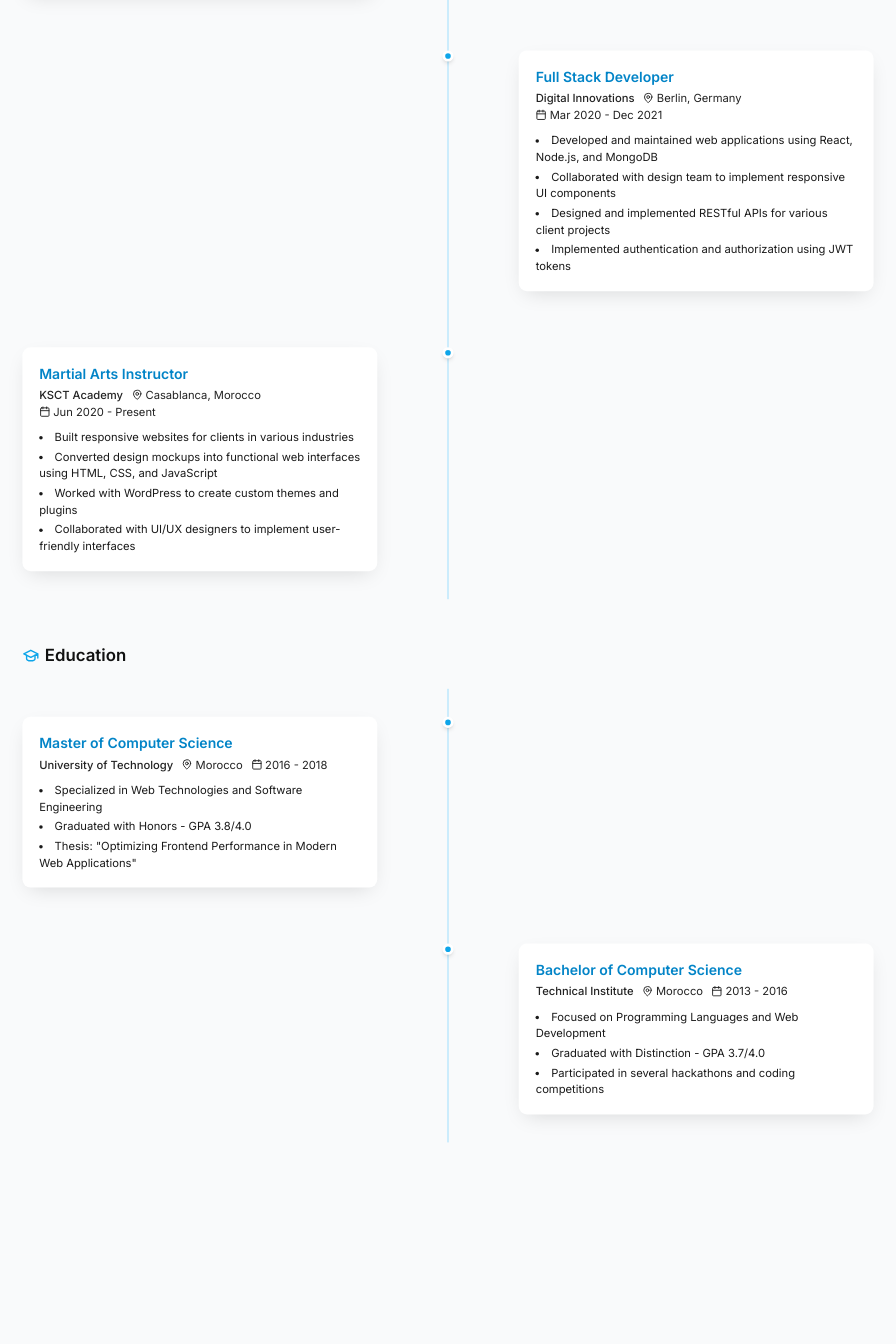
Repository: Abdelilah-Lakrim/Personal_Portfolio
Page: /
These files come from the project's save history. The page is drawn as it stood at one moment and after a run of saves; the edit follows.
The browser window is 1280 px wide. The pictures show the part of the page from y = 4580 to 6500 px (the page is 7905 px tall before and 7929 px after), at 70% of full size.
The project was rebuilt for these pictures with package versions that can differ from the ones it lists, and the page was loaded fresh each time. Also part of the build but not shown: vite.config.ts.

Above is the page before, as saved 2025-05-21 12:43:26.

### index.html
<!doctype html>
<html lang="en">
  <head>
    <meta charset="UTF-8" />
    <link rel="icon" type="image/svg+xml" href="/favicon.svg" />
    <meta name="viewport" content="width=device-width, initial-scale=1.0" />
    <meta name="description" content="Abdelilah Lakrim - Full Stack Developer Portfolio">
    <title>Abdelilah Lakrim | Full Stack Developer</title>
  </head>
  <body>
    <div id="root"></div>
    <script type="module" src="/src/main.tsx"></script>
  </body>
</html>

### src/App.tsx
import React, { useEffect, useState } from 'react';
import Header from './components/Header';
import Hero from './components/Hero';
import About from './components/About';
import Projects from './components/Projects';
import Experience from './components/Experience';
import Skills from './components/Skills';
import Contact from './components/Contact';
import Footer from './components/Footer';
import Cursor from './components/Cursor';
import ScrollToTop from './components/ScrollToTop';

// Import smooth scrolling
import Lenis from '@studio-freight/lenis';

function App() {
  const [mounted, setMounted] = useState(false);

  useEffect(() => {
    // Initialize smooth scrolling
    const lenis = new Lenis({
      duration: 1.2,
      easing: (t) => Math.min(1, 1.001 - Math.pow(2, -10 * t)),
      orientation: 'vertical',
      gestureOrientation: 'vertical',
      smoothWheel: true,
      smoothTouch: false,
      touchMultiplier: 2,
    });

    function raf(time: number) {
      lenis.raf(time);
      requestAnimationFrame(raf);
    }

    requestAnimationFrame(raf);

    // Add intersection observer for animation on scroll
    const observer = new IntersectionObserver(
      (entries) => {
        entries.forEach((entry) => {
          if (entry.isIntersecting) {
            entry.target.classList.add('animate-visible');
          }
        });
      },
      { threshold: 0.1 }
    );

    const hiddenElements = document.querySelectorAll('.animate-hidden');
    hiddenElements.forEach((el) => observer.observe(el));

    setMounted(true);

    return () => {
      // Cleanup
      hiddenElements.forEach((el) => observer.unobserve(el));
    };
  }, []);

  return (
    <div className="hidden-cursor min-h-screen bg-gray-50">
      {mounted && <Cursor />}
      <Header />
      <main>
        <Hero />
        <About />
        <Skills />
        <Projects />
        <Experience />
        <Contact />
      </main>
      <Footer />
      <ScrollToTop />
    </div>
  );
}

export default App;

### src/index.css
@import url('https://fonts.googleapis.com/css2?family=Inter:wght@300;400;500;600;700&family=Poppins:wght@500;600;700&display=swap');

@tailwind base;
@tailwind components;
@tailwind utilities;

:root {
  --cursor-color: rgba(14, 165, 233, 0.7);
}

* {
  margin: 0;
  padding: 0;
  box-sizing: border-box;
  scroll-behavior: smooth;
}

body {
  @apply bg-gray-50 text-dark-800 font-sans overflow-x-hidden;
}

/* Custom cursor styles */
.custom-cursor {
  position: fixed;
  width: 20px;
  height: 20px;
  border-radius: 50%;
  background-color: var(--cursor-color);
  transform: translate(-50%, -50%);
  pointer-events: none;
  z-index: 9999;
  mix-blend-mode: difference;
  transition: transform 0.2s ease-out, opacity 0.2s ease-out, width 0.2s ease-out, height 0.2s ease-out;
}

.custom-cursor.hover {
  width: 50px;
  height: 50px;
  opacity: 0.5;
}

.hidden-cursor {
  cursor: none;
}

/* Custom scrollbar */
::-webkit-scrollbar {
  width: 8px;
}

::-webkit-scrollbar-track {
  @apply bg-gray-100;
}

::-webkit-scrollbar-thumb {
  @apply bg-primary-500 rounded-full;
}

::-webkit-scrollbar-thumb:hover {
  @apply bg-primary-600;
}

/* Section styles */
.section-container {
  @apply max-w-7xl mx-auto px-4 sm:px-6 lg:px-8 py-20;
}

.section-title {
  @apply text-3xl md:text-4xl lg:text-5xl font-bold font-heading mb-8 text-dark-800 relative;
}

.section-title::after {
  content: '';
  @apply absolute bottom-0 left-0 w-24 h-1 bg-primary-500 mt-2 rounded-full;
}

/* Button styles */
.btn-primary {
  @apply px-6 py-3 bg-primary-500 text-white font-medium rounded-md shadow-md hover:bg-primary-600 transition-all duration-300 transform hover:-translate-y-1 focus:outline-none focus:ring-2 focus:ring-primary-400 focus:ring-opacity-50;
}

.btn-secondary {
  @apply px-6 py-3 bg-transparent border-2 border-primary-500 text-primary-500 font-medium rounded-md shadow-md hover:bg-primary-50 transition-all duration-300 transform hover:-translate-y-1 focus:outline-none focus:ring-2 focus:ring-primary-400 focus:ring-opacity-50;
}

/* 3D card effect */
.tilt-card {
  @apply relative overflow-hidden rounded-xl shadow-smooth bg-white p-6 transition-all duration-300 hover:shadow-neon;
  transform-style: preserve-3d;
  transform: perspective(1000px);
}

.skill-bar {
  @apply h-2 rounded-full bg-gray-200 overflow-hidden mt-2;
}

.skill-progress {
  @apply h-full bg-primary-500 rounded-full;
  transition: width 1.5s ease-in-out;
}

/* Animation classes */
.animate-hidden {
  opacity: 0;
  transform: translateY(30px);
}

.animate-visible {
  opacity: 1;
  transform: translateY(0);
  transition: opacity 0.8s ease, transform 0.8s ease;
}

/* Project card styles */
.project-card {
  @apply relative overflow-hidden rounded-xl shadow-smooth transition-all duration-300;
  transform-style: preserve-3d;
  transform: perspective(1000px);
}

.project-card img {
  @apply transition-all duration-500;
}

.project-card:hover img {
  @apply scale-105;
}

.project-card-content {
  @apply absolute inset-0 p-6 flex flex-col justify-end bg-gradient-to-t from-dark-900/80 to-transparent text-white opacity-0 transition-all duration-300;
}

.project-card:hover .project-card-content {
  @apply opacity-100;
}

/* Timeline styles */
.timeline-container {
  @apply relative;
}

.timeline-container::before {
  content: '';
  @apply absolute left-0 md:left-1/2 h-full w-0.5 bg-primary-200 transform md:-translate-x-1/2;
}

.timeline-item {
  @apply relative pt-10 pb-10;
}

.timeline-dot {
  @apply absolute left-0 md:left-1/2 w-4 h-4 rounded-full bg-primary-500 border-4 border-white shadow-md transform md:-translate-x-1/2 z-10;
}

.timeline-content {
  @apply ml-6 md:ml-0 md:w-5/12 p-6 bg-white rounded-xl shadow-smooth transition-all duration-300 hover:shadow-neon;
}

.timeline-item:nth-child(even) .timeline-content {
  @apply md:ml-auto md:mr-0;
}

.timeline-item:nth-child(odd) .timeline-content {
  @apply md:mr-auto md:ml-0;
}

### src/components/About.tsx
import React from 'react';
import { motion } from 'framer-motion';
import { Code, PaintBucket, Smartphone, Globe } from 'lucide-react';
import { Tilt } from 'react-tilt';

const tiltOptions = {
  max: 15,
  scale: 1.05,
  speed: 1000,
  glare: true,
  "max-glare": 0.1,
};

const About: React.FC = () => {
  const services = [
    {
      title: 'Web Development',
      icon: <Code className="w-10 h-10 text-primary-500" />,
      description:
        'Custom websites with clean code and modern frameworks. Specializing in React, Vue, and Node.js.',
    },
    {
      title: 'UI/UX Design',
      icon: <PaintBucket className="w-10 h-10 text-primary-500" />,
      description:
        'Creative designs that focus on user experience. Wireframing, prototyping, and implementing beautiful interfaces.',
    },
    {
      title: 'Mobile Development',
      icon: <Smartphone className="w-10 h-10 text-primary-500" />,
      description:
        'Native and cross-platform mobile apps for iOS and Android using React Native and Flutter.',
    },
    {
      title: 'E-Commerce Solutions',
      icon: <Globe className="w-10 h-10 text-primary-500" />,
      description:
        'Complete online shopping experiences from product catalogs to secure payment integrations.',
    },
  ];

  return (
    <section id="about" className="py-20">
      <div className="section-container">
        <motion.div
          initial={{ opacity: 0, y: 20 }}
          whileInView={{ opacity: 1, y: 0 }}
          viewport={{ once: true }}
          transition={{ duration: 0.8 }}
          className="animate-hidden"
        >
          <h2 className="section-title">About Me</h2>
          <div className="grid grid-cols-1 lg:grid-cols-2 gap-12 items-center">
            {/* About content */}
            <div>
              <p className="text-lg text-dark-700 mb-6">
                Hi there! I'm <span className="font-semibold text-primary-600">Abdelilah Lakrim</span>, a passionate Full Stack Developer based in Morocco with over 3 years of experience in creating beautiful, functional, and user-centered digital experiences.
              </p>
              <p className="text-lg text-dark-700 mb-6">
                With a strong foundation in both front-end and back-end technologies, I enjoy bringing ideas to life in the browser. My approach combines clean code, intuitive design, and performance optimization to deliver exceptional digital experiences.
              </p>
              <p className="text-lg text-dark-700 mb-8">
                When I'm not coding, you'll find me exploring new technologies, contributing to open-source projects, or enjoying nature. I'm always open to new challenges and opportunities to grow.
              </p>

              {/* Personal details */}
              <div className="grid grid-cols-1 md:grid-cols-2 gap-y-4 gap-x-8 mb-8">
                <div>
                  <h3 className="text-dark-800 font-semiboldi">Name:</h3>
                  <p>Abdelilah Lakrim</p>
                </div>
                <div>
                  <h3 className="text-dark-800 font-semibold">Email:</h3>
                  <p>lakrimabdelilah@gmail.com</p>
                </div>
                <div>
                  <h3 className="text-dark-800 font-semibold">Location:</h3>
                  <p>Casablanca, Morocco</p>
                </div>
                <div>
                  <h3 className="text-dark-800 font-semibold">Availability:</h3>
                  <p>Available for freelance</p>
                </div>
              </div>

              <a href="/abdelilah-lakrim-resume.pdf" className="btn-primary">
                Download Resume
              </a>
            </div>

            {/* Services */}
            <div className="grid grid-cols-1 sm:grid-cols-2 gap-4">
              {services.map((service, index) => (
                <Tilt key={index} options={tiltOptions}>
                  <div className="tilt-card h-full">
                    <div className="mb-4">{service.icon}</div>
                    <h3 className="text-xl font-semibold text-dark-800 mb-2">
                      {service.title}
                    </h3>
                    <p className="text-dark-600">{service.description}</p>
                  </div>
                </Tilt>
              ))}
            </div>
          </div>
        </motion.div>
      </div>
    </section>
  );
};

export default About;

### src/components/Experience.tsx
import React from 'react';
import { motion } from 'framer-motion';
import { Calendar, MapPin, Briefcase } from 'lucide-react';

interface ExperienceItem {
  id: number;
  position: string;
  company: string;
  location: string;
  duration: string;
  description: string[];
}

const Experience: React.FC = () => {
  const experiences: ExperienceItem[] = [
    {
      id: 1,
      position: 'Full Stack Web Developer',
      company: 'LeBahutdesEntrepreneurs.',
      location: 'Remote',
      duration: 'apr 2025 - Present',
      description: [
        'Building and maintaining responsive web applications',
        'Implemented modern UI/UX designs using React, TypeScript, and Tailwind CSS',
        'Reduced page load time by 40% through code optimization and lazy loading techniques',
        'Integrated third-party APIs and services to extend application functionality',
      ],
    },
    {
      id: 2,
      position: 'Full Stack Developer',
      company: 'Digital Innovations',
      location: 'Berlin, Germany',
      duration: 'Mar 2020 - Dec 2021',
      description: [
        'Developed and maintained web applications using React, Node.js, and MongoDB',
        'Collaborated with design team to implement responsive UI components',
        'Designed and implemented RESTful APIs for various client projects',
        'Implemented authentication and authorization using JWT tokens',
      ],
    },
    {
      id: 3,
      position: 'Martial Arts Instructor',
      company: 'KSCT Academy',
      location: 'Casablanca, Morocco',
      duration: 'Jun 2020 - Present',
      description: [
        'Built responsive websites for clients in various industries',
        'Converted design mockups into functional web interfaces using HTML, CSS, and JavaScript',
        'Worked with WordPress to create custom themes and plugins',
        'Collaborated with UI/UX designers to implement user-friendly interfaces',
      ],
    },
  ];

  const education = [
    {
      id: 1,
      degree: 'Master of Computer Science',
      institution: 'University of Technology',
      location: 'Morocco',
      duration: '2016 - 2018',
      description: [
        'Specialized in Web Technologies and Software Engineering',
        'Graduated with Honors - GPA 3.8/4.0',
        'Thesis: "Optimizing Frontend Performance in Modern Web Applications"',
      ],
    },
    {
      id: 2,
      degree: 'Bachelor of Computer Science',
      institution: 'Technical Institute',
      location: 'Morocco',
      duration: '2013 - 2016',
      description: [
        'Focused on Programming Languages and Web Development',
        'Graduated with Distinction - GPA 3.7/4.0',
        'Participated in several hackathons and coding competitions',
      ],
    },
  ];

  return (
    <section id="experience" className="py-20 bg-gray-50">
      <div className="section-container">
        <h2 className="section-title">Experience & Education</h2>

        {/* Work Experience */}
        <div className="mb-16">
          <h3 className="text-2xl font-semibold text-dark-800 mb-8 flex items-center">
            <Briefcase className="w-6 h-6 mr-2 text-primary-500" />
            Work Experience
          </h3>

          <div className="timeline-container">
            {experiences.map((exp, index) => (
              <motion.div
                key={exp.id}
                className="timeline-item"
                initial={{ opacity: 0, y: 50 }}
                whileInView={{ opacity: 1, y: 0 }}
                viewport={{ once: true, margin: "-100px" }}
                transition={{ duration: 0.5, delay: index * 0.1 }}
              >
                <div className="timeline-dot"></div>
                <div className="timeline-content">
                  <h4 className="text-xl font-semibold text-primary-600">{exp.position}</h4>
                  <div className="flex flex-wrap items-center text-dark-600 mt-1 mb-3">
                    <span className="font-medium mr-3">{exp.company}</span>
                    <span className="flex items-center mr-3">
                      <MapPin className="w-4 h-4 mr-1" />
                      {exp.location}
                    </span>
                    <span className="flex items-center">
                      <Calendar className="w-4 h-4 mr-1" />
                      {exp.duration}
                    </span>
                  </div>
                  <ul className="list-disc list-inside text-dark-700 space-y-1">
                    {exp.description.map((item, i) => (
                      <li key={i}>{item}</li>
                    ))}
                  </ul>
                </div>
              </motion.div>
            ))}
          </div>
        </div>

        {/* Education */}
        <div>
          <h3 className="text-2xl font-semibold text-dark-800 mb-8 flex items-center">
            <svg
              xmlns="http://www.w3.org/2000/svg"
              className="w-6 h-6 mr-2 text-primary-500"
              viewBox="0 0 24 24"
              fill="none"
              stroke="currentColor"
              strokeWidth="2"
              strokeLinecap="round"
              strokeLinejoin="round"
            >
              <path d="M22 10v6M2 10l10-5 10 5-10 5z"/>
              <path d="M6 12v5c0 2 2 3 6 3s6-1 6-3v-5"/>
            </svg>
            Education
          </h3>

          <div className="timeline-container">
            {education.map((edu, index) => (
              <motion.div
                key={edu.id}
                className="timeline-item"
                initial={{ opacity: 0, y: 50 }}
                whileInView={{ opacity: 1, y: 0 }}
                viewport={{ once: true, margin: "-100px" }}
                transition={{ duration: 0.5, delay: index * 0.1 }}
              >
                <div className="timeline-dot"></div>
                <div className="timeline-content">
                  <h4 className="text-xl font-semibold text-primary-600">{edu.degree}</h4>
                  <div className="flex flex-wrap items-center text-dark-600 mt-1 mb-3">
                    <span className="font-medium mr-3">{edu.institution}</span>
                    <span className="flex items-center mr-3">
                      <MapPin className="w-4 h-4 mr-1" />
                      {edu.location}
                    </span>
                    <span className="flex items-center">
                      <Calendar className="w-4 h-4 mr-1" />
                      {edu.duration}
                    </span>
                  </div>
                  <ul className="list-disc list-inside text-dark-700 space-y-1">
                    {edu.description.map((item, i) => (
                      <li key={i}>{item}</li>
                    ))}
                  </ul>
                </div>
              </motion.div>
            ))}
          </div>
        </div>
      </div>
    </section>
  );
};

export default Experience;

### src/components/Cursor.tsx
import React, { useEffect, useState } from 'react';

const Cursor: React.FC = () => {
  const [position, setPosition] = useState({ x: 0, y: 0 });
  const [hidden, setHidden] = useState(false);
  const [clicked, setClicked] = useState(false);
  const [hovering, setHovering] = useState(false);

  useEffect(() => {
    const updatePosition = (e: MouseEvent) => {
      setPosition({ x: e.clientX, y: e.clientY });
    };

    const handleMouseEnter = () => setHidden(false);
    const handleMouseLeave = () => setHidden(true);
    const handleMouseDown = () => setClicked(true);
    const handleMouseUp = () => setClicked(false);

    const handleLinkHover = () => setHovering(true);
    const handleLinkLeave = () => setHovering(false);

    // Add event listeners
    window.addEventListener('mousemove', updatePosition);
    document.body.addEventListener('mouseenter', handleMouseEnter);
    document.body.addEventListener('mouseleave', handleMouseLeave);
    window.addEventListener('mousedown', handleMouseDown);
    window.addEventListener('mouseup', handleMouseUp);

    // Add hover effect for links and buttons
    const interactiveElements = document.querySelectorAll('a, button, .tilt-card, .project-card');
    interactiveElements.forEach(el => {
      el.addEventListener('mouseenter', handleLinkHover);
      el.addEventListener('mouseleave', handleLinkLeave);
    });

    return () => {
      window.removeEventListener('mousemove', updatePosition);
      document.body.removeEventListener('mouseenter', handleMouseEnter);
      document.body.removeEventListener('mouseleave', handleMouseLeave);
      window.removeEventListener('mousedown', handleMouseDown);
      window.removeEventListener('mouseup', handleMouseUp);

      interactiveElements.forEach(el => {
        el.removeEventListener('mouseenter', handleLinkHover);
        el.removeEventListener('mouseleave', handleLinkLeave);
      });
    };
  }, []);

  const cursorStyle = {
    left: `${position.x}px`,
    top: `${position.y}px`,
    transform: `translate(-50%, -50%) scale(${clicked ? 0.8 : 1})`,
    opacity: hidden ? 0 : 1,
  };

  const cursorClass = `custom-cursor ${hovering ? 'hover' : ''}`;

  return <div className={cursorClass} style={cursorStyle}></div>;
};

export default Cursor;

### src/components/ScrollToTop.tsx
import React, { useEffect, useState } from 'react';
import { ArrowUp } from 'lucide-react';

const ScrollToTop: React.FC = () => {
  const [isVisible, setIsVisible] = useState(false);

  useEffect(() => {
    const toggleVisibility = () => {
      if (window.scrollY > 500) {
        setIsVisible(true);
      } else {
        setIsVisible(false);
      }
    };

    window.addEventListener('scroll', toggleVisibility);

    return () => window.removeEventListener('scroll', toggleVisibility);
  }, []);

  const scrollToTop = () => {
    window.scrollTo({
      top: 0,
      behavior: 'smooth',
    });
  };

  return (
    <button
      onClick={scrollToTop}
      className={`fixed bottom-8 right-8 p-3 rounded-full bg-primary-500 text-white shadow-lg hover:bg-primary-600 transition-all duration-300 z-50 ${
        isVisible ? 'opacity-100 translate-y-0' : 'opacity-0 translate-y-10 pointer-events-none'
      }`}
      aria-label="Scroll to top"
    >
      <ArrowUp className="w-6 h-6" />
    </button>
  );
};

export default ScrollToTop;

Loaded but not shown: src/main.tsx (common file); tailwind.config.js (95 lines, source omitted); src/components/Projects.tsx (249 lines, source omitted); src/components/Contact.tsx (241 lines, source omitted); src/components/Hero.tsx (178 lines, source omitted); src/components/Footer.tsx (154 lines, source omitted); src/components/Skills.tsx (161 lines, source omitted); src/components/Header.tsx (145 lines, source omitted)

After the next 2 saves:
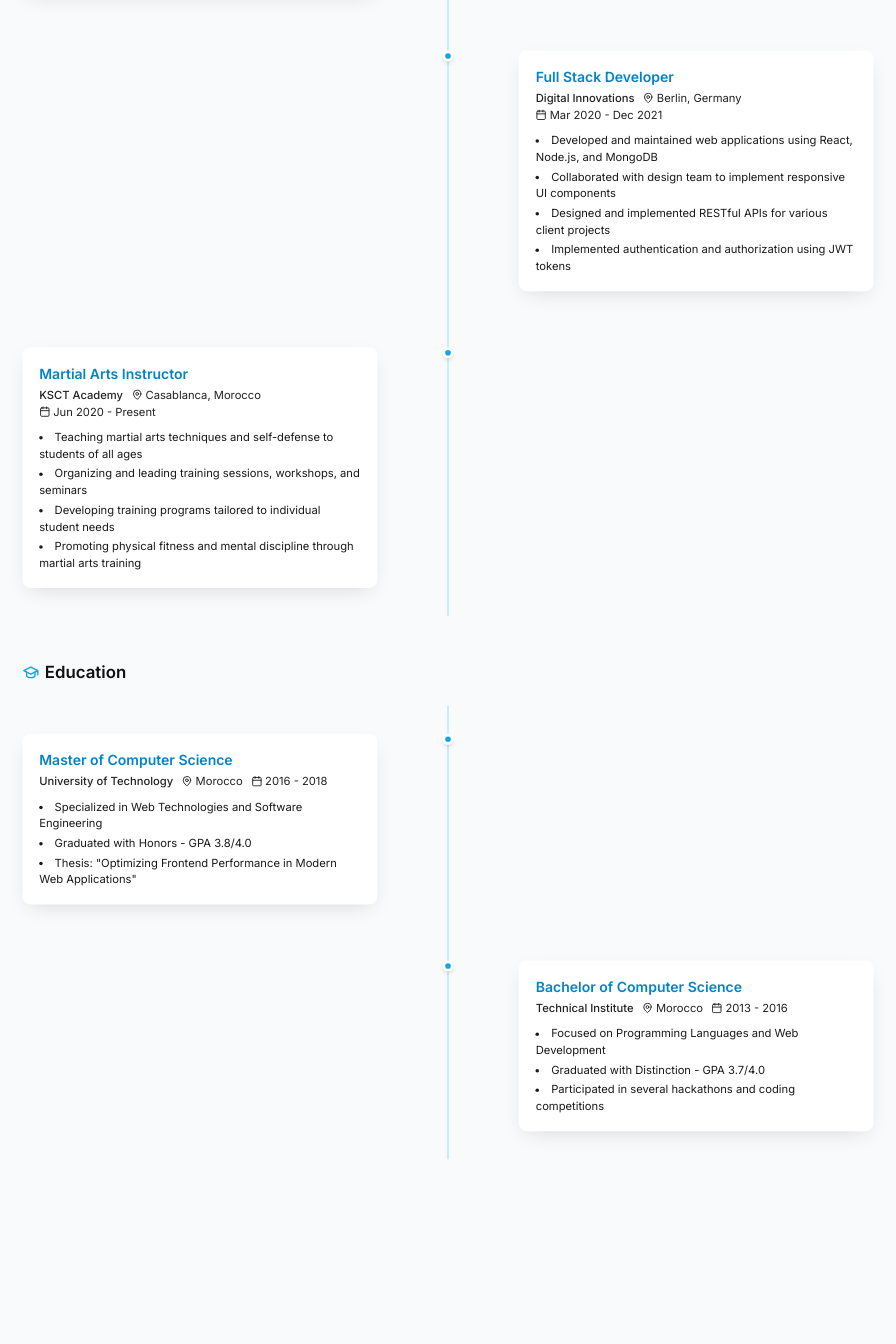
The 2 saves are shown as one change because they came seconds apart.
The last was saved 13 s later.
--- a/src/components/Experience.tsx
+++ b/src/components/Experience.tsx
@@ -46,10 +46,10 @@ const Experience: React.FC = () => {
       location: 'Casablanca, Morocco',
       duration: 'Jun 2020 - Present',
       description: [
-        'Built responsive websites for clients in various industries',
-        'Converted design mockups into functional web interfaces using HTML, CSS, and JavaScript',
-        'Worked with WordPress to create custom themes and plugins',
-        'Collaborated with UI/UX designers to implement user-friendly interfaces',
+        'Teaching martial arts techniques and self-defense to students of all ages',
+        'Organizing and leading training sessions, workshops, and seminars',
+        'Developing training programs tailored to individual student needs',
+        'Promoting physical fitness and mental discipline through martial arts training',
       ],
     },
   ];
